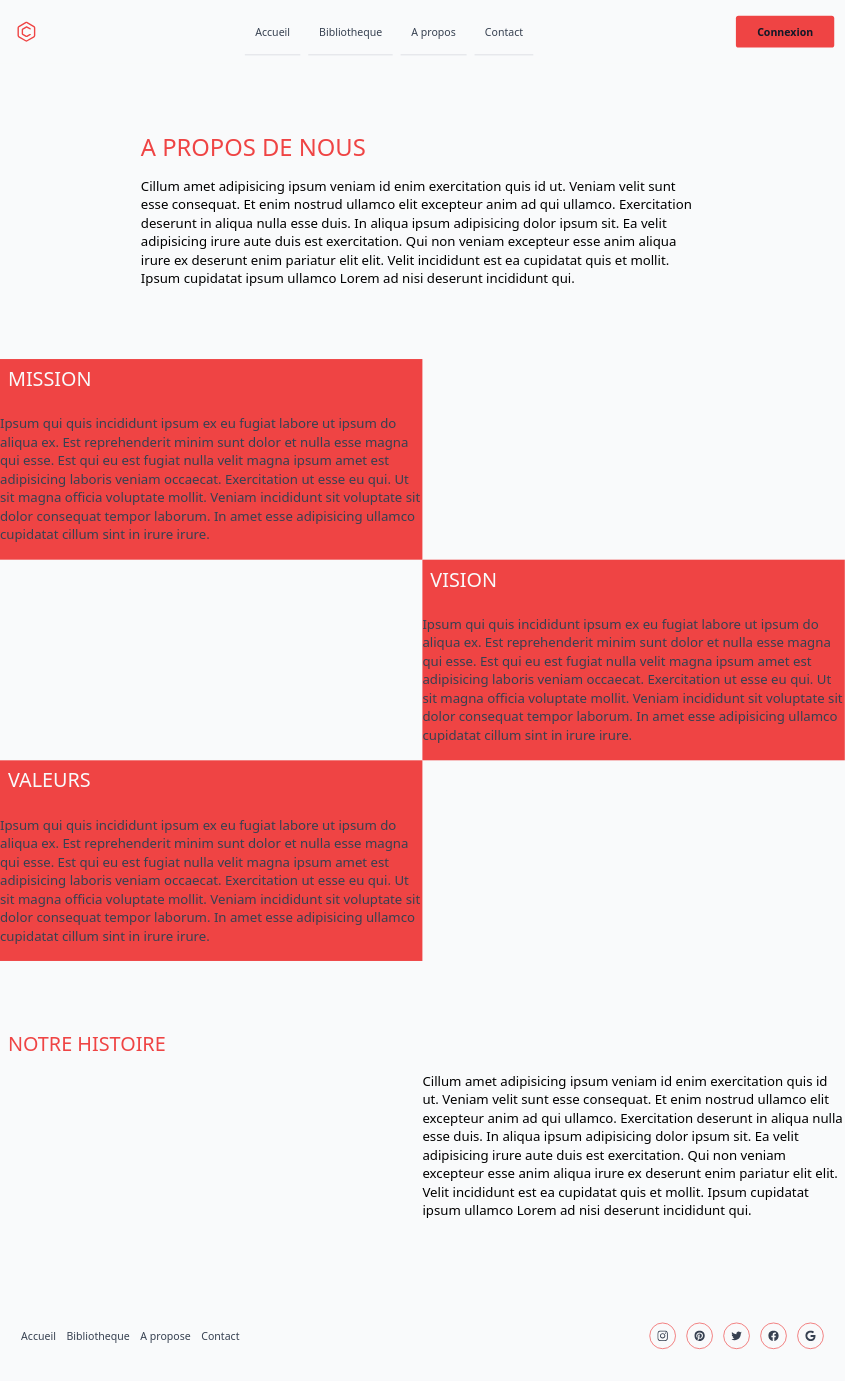
Repository: erulabs243/museum
Page: /about
These files come from the project's save history. The page is drawn as it stood at one moment and after the next save; the edit follows.
The browser window is 1280 px wide. The pictures show the whole page, at 66% of full size.
The project was rebuilt for these pictures with package versions that can differ from the ones it lists, and the page was loaded fresh each time. Also part of the build but not shown: vite.config.js, src/pages/admin/Home.jsx, src/pages/commons/NotFound.jsx, src/components/atoms/TagBadge.jsx, src/components/atoms/MyAudioPlayer.jsx, src/components/atoms/MyVideoPlayer.jsx, src/components/atoms/MediaCard.jsx, src/components/sections/Testimonial.jsx and 16 more.

Above is the page before, as saved 2022-08-10 14:29:59.

After the next save:
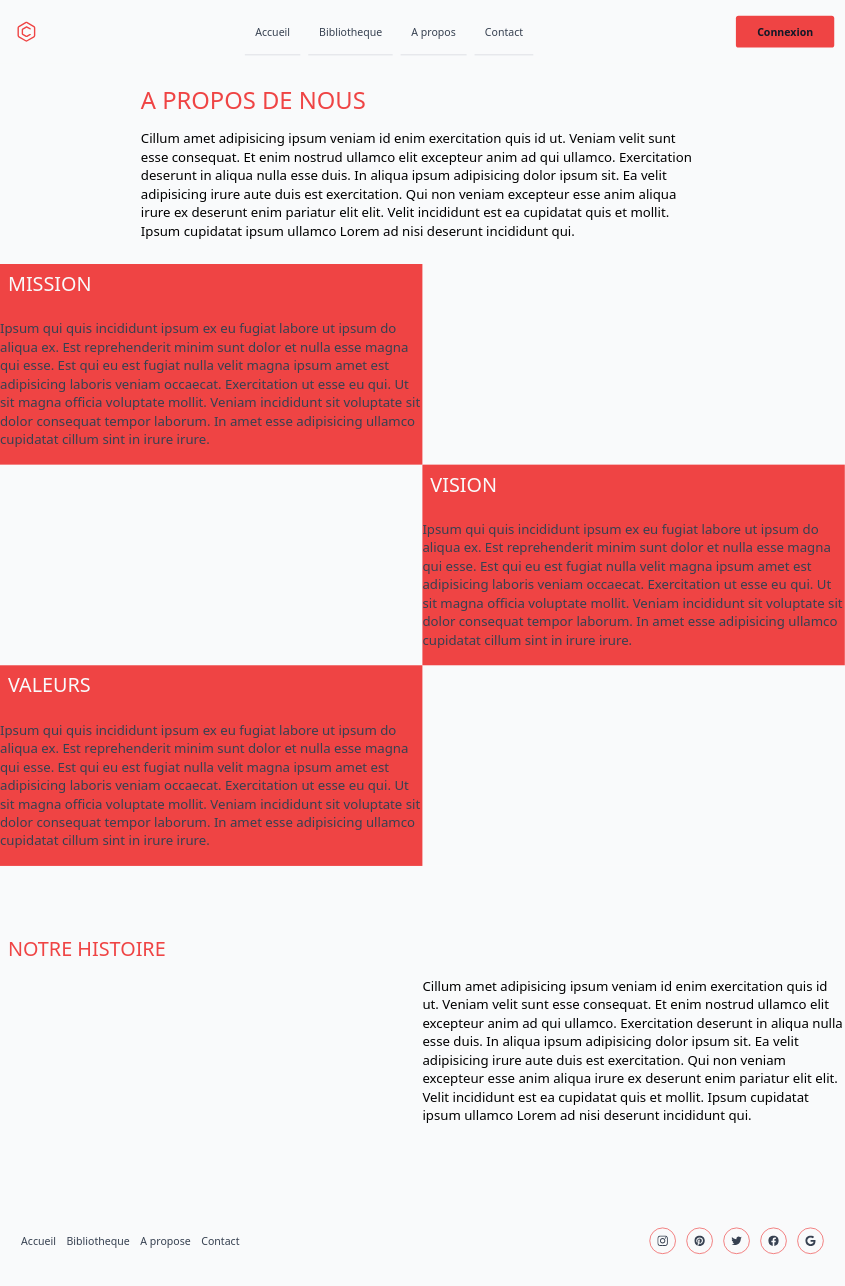
Saved 22 s later.
--- a/src/pages/user/About.jsx
+++ b/src/pages/user/About.jsx
@@ -8,7 +8,7 @@
             <Navbar />
 
             {/* ABOUT */}
-            <section className="py-6 md:py-24 bg-gray-50">
+            <section className="py-6 sm:py-24 bg-gray-50">
                 <div className="flex flex-col w-full md:w-2/3 mx-auto">
                     <h1 className="uppercase text-4xl text-red-500 py-3">A propos de nous</h1>
                     <div className="grid grid-cols-1 sm:grid-cols-2 py-3">

After the save that followed:
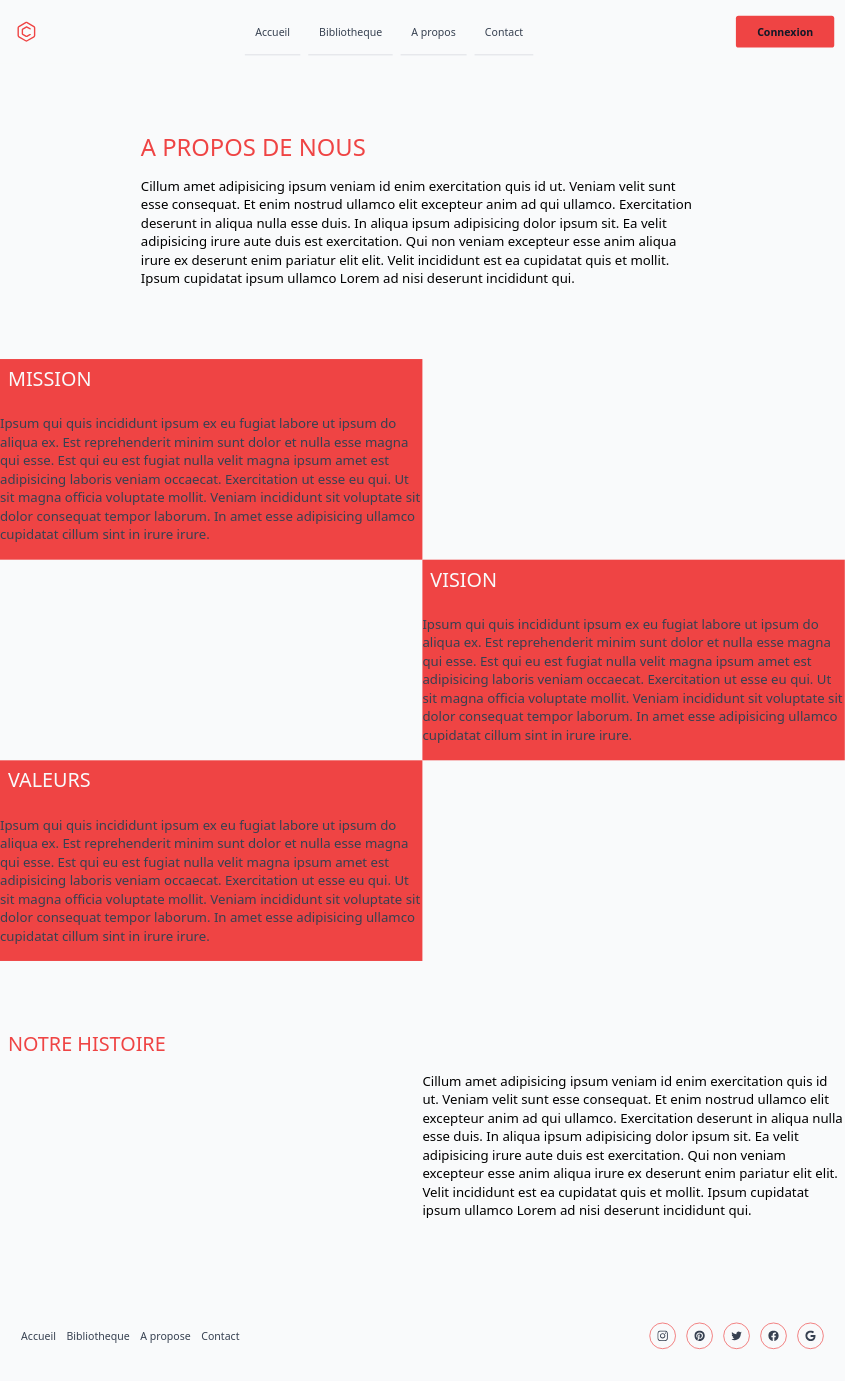
Saved 5 s later.
--- a/src/pages/user/About.jsx
+++ b/src/pages/user/About.jsx
@@ -8,7 +8,7 @@
             <Navbar />
 
             {/* ABOUT */}
-            <section className="py-6 sm:py-24 bg-gray-50">
+            <section className="py-6 md:py-24 bg-gray-50">
                 <div className="flex flex-col w-full md:w-2/3 mx-auto">
                     <h1 className="uppercase text-4xl text-red-500 py-3">A propos de nous</h1>
                     <div className="grid grid-cols-1 sm:grid-cols-2 py-3">
